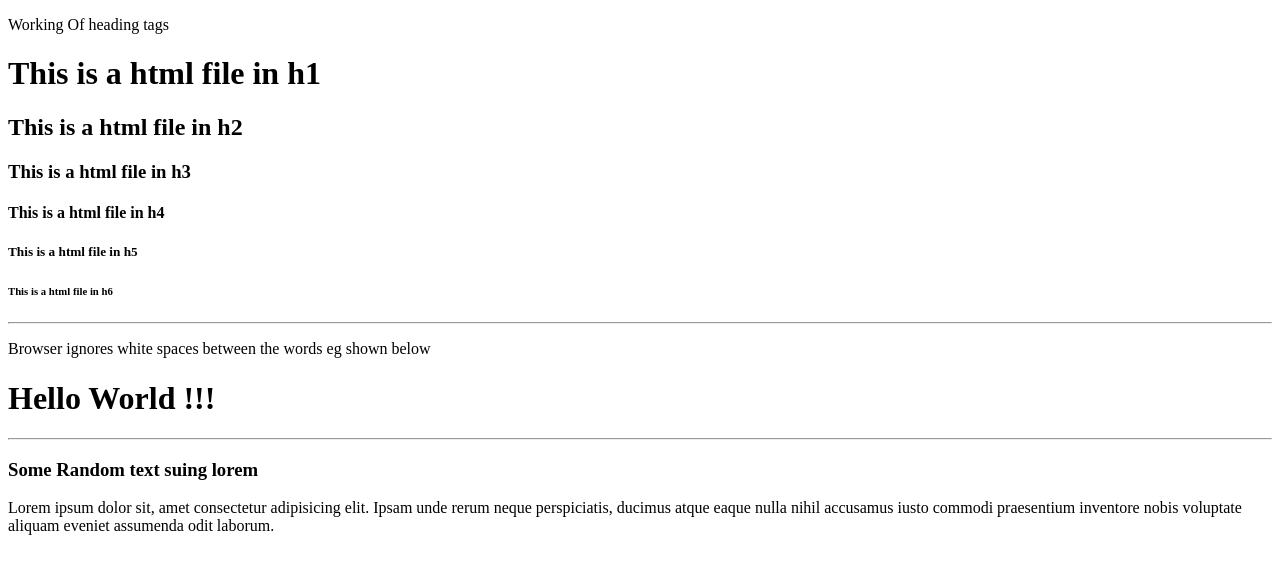
Repository: Datta2901/Basic-Html
Page: Heading.html
The author's editor kept a copy of each file at every save. The page is drawn from the files as they stood at one save, then again after a run of saves.
The browser window is 1280 px wide. The pictures show the whole page.

Above is the page before, as saved 2021-01-11 14:43:03.

### Heading.html
<!DOCTYPE html>
<html>
    <head>
        <title>Heading Size</title>
    </head>
    <body>
        <p> Working Of heading tags </p>
        <h1>This is a html file in h1 </h1>
        <h2>This is a html file in h2 </h2>
        <h3>This is a html file in h3 </h3>
        <h4>This is a html file in h4 </h4>
        <h5>This is a html file in h5 </h5>
        <h6>This is a html file in h6 </h6>
        <hr>
        <!-- This is a comment-->
        <p>Browser ignores white spaces between the words eg shown below</p>
        <h1>Hello       World           !!! </h1>
        <hr>
        <h3>Some Random text suing lorem</h3>
        <p>Lorem ipsum dolor sit, amet consectetur adipisicing elit. Ipsam unde rerum neque perspiciatis, ducimus atque eaque nulla nihil accusamus iusto commodi praesentium inventore nobis voluptate aliquam eveniet assumenda odit laborum.</p>
    </body>
</html>

After the next 4 saves:
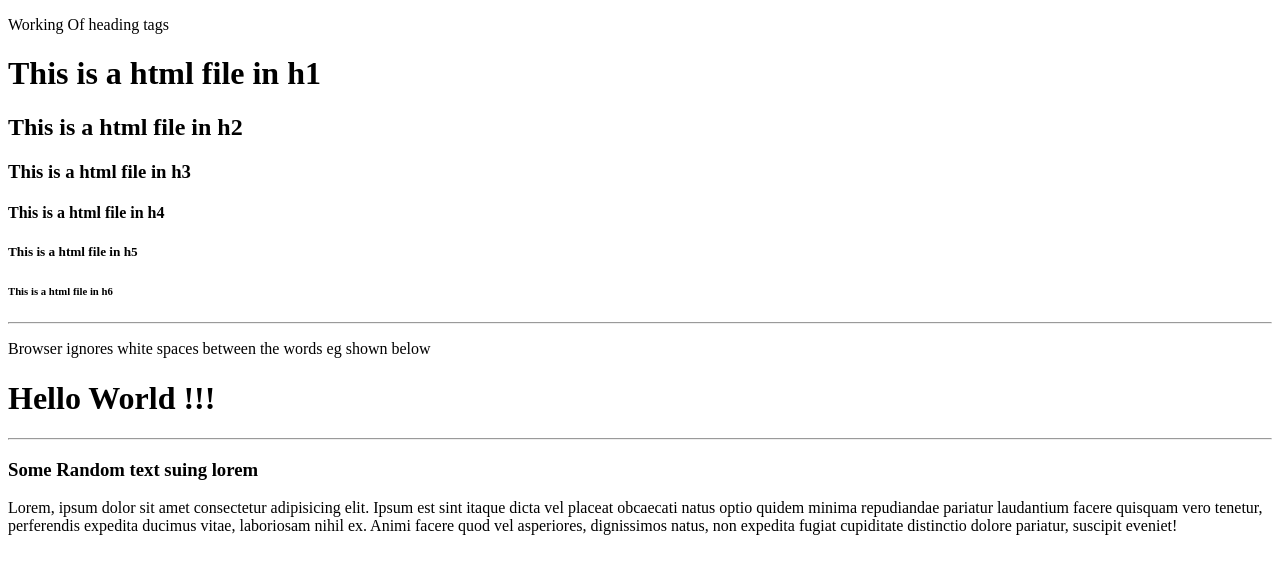
The 4 saves are shown as one change because they came seconds apart.
The last was saved 9 s later.
--- a/Heading.html
+++ b/Heading.html
@@ -17,6 +17,6 @@
         <h1>Hello       World           !!! </h1>
         <hr>
         <h3>Some Random text suing lorem</h3>
-        <p>Lorem ipsum dolor sit, amet consectetur adipisicing elit. Ipsam unde rerum neque perspiciatis, ducimus atque eaque nulla nihil accusamus iusto commodi praesentium inventore nobis voluptate aliquam eveniet assumenda odit laborum.</p>
+        <p>Lorem, ipsum dolor sit amet consectetur adipisicing elit. Ipsum est sint itaque dicta vel placeat obcaecati natus optio quidem minima repudiandae pariatur laudantium facere quisquam vero tenetur, perferendis expedita ducimus vitae, laboriosam nihil ex. Animi facere quod vel asperiores, dignissimos natus, non expedita fugiat cupiditate distinctio dolore pariatur, suscipit eveniet!</p>
     </body>
 </html>
